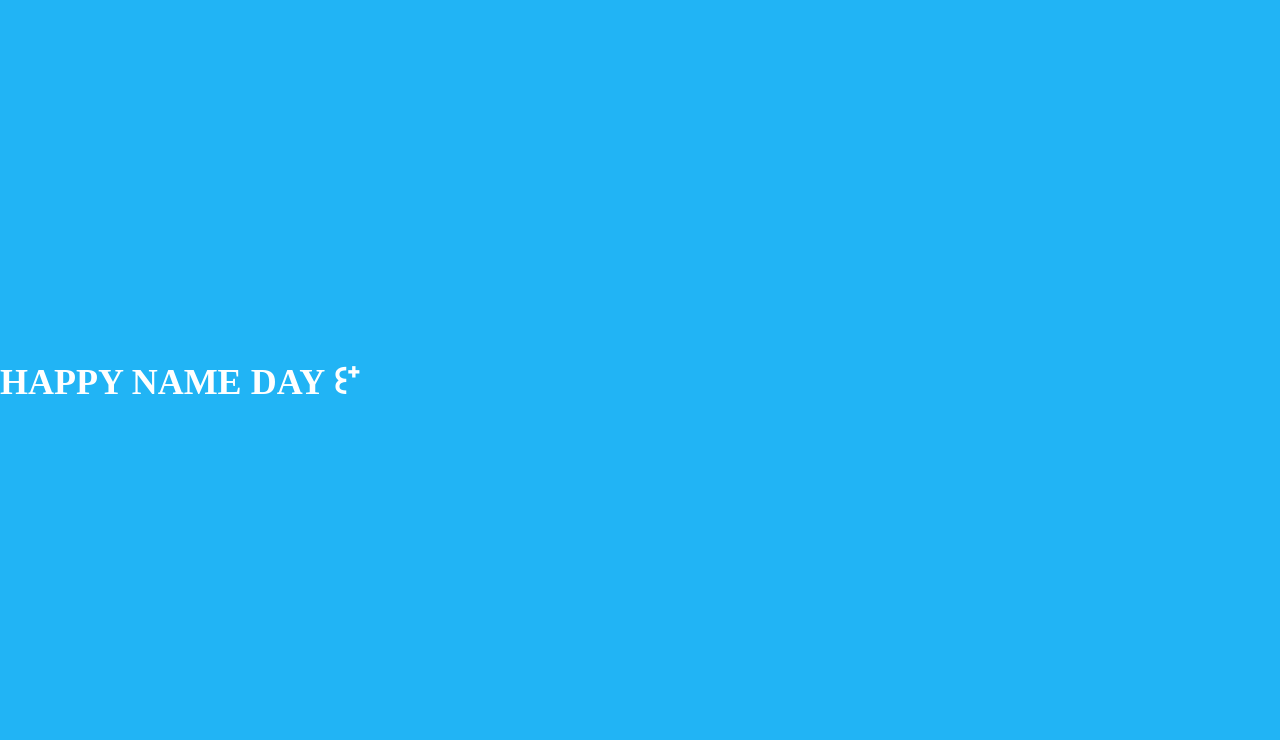
Repository: naps00/BIRTHDAY
Page: /details
These files come from the project's save history. The page is drawn as it stood at one moment and after the next save; the edit follows.
The browser window is 1280 px wide. The pictures show the whole page.
The project was rebuilt for these pictures with package versions that can differ from the ones it lists, and the page was loaded fresh each time.

Above is the page before, as saved 2024-12-12 04:01:34.

After the next save:
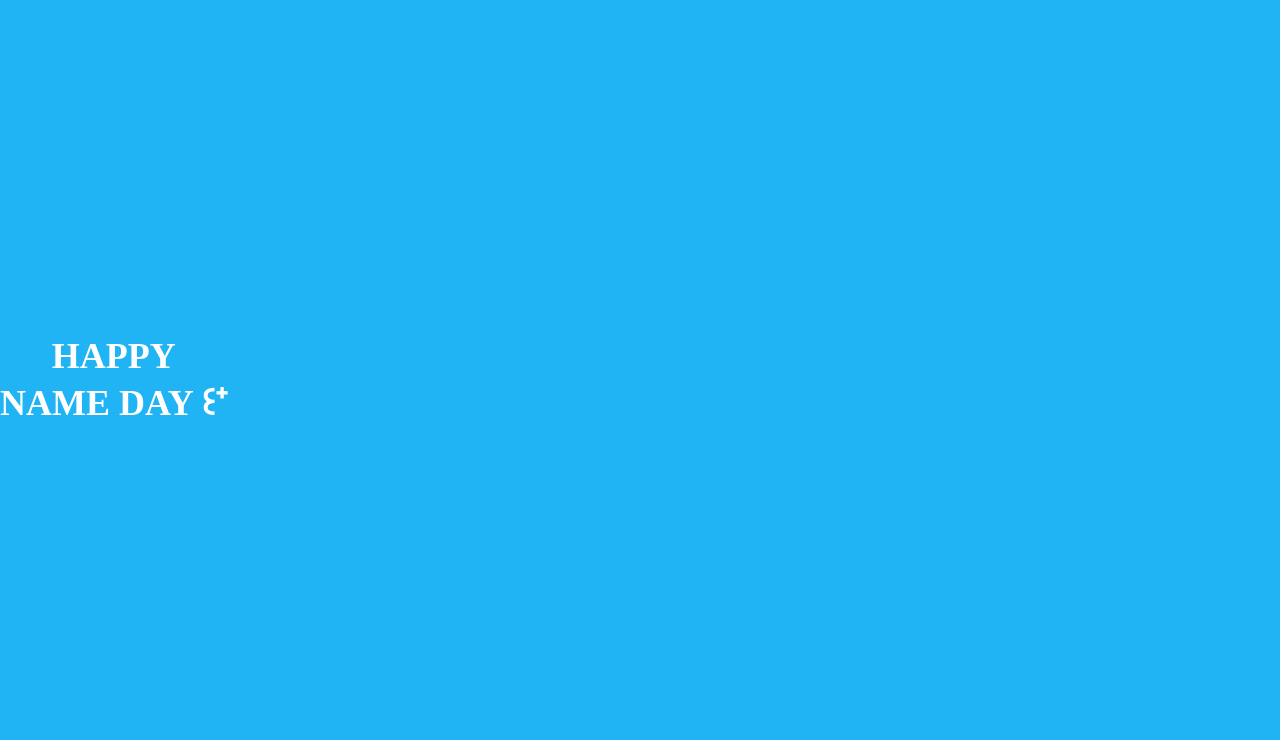
Saved 34 s later.
--- a/src/details.js
+++ b/src/details.js
@@ -1,7 +1,7 @@
 import React, { useState, useEffect } from 'react';
 import './details.css';
 
-function Details() {
+function DetailsPage() {
   const [isBlue, setIsBlue] = useState(true);
 
   // ฟังก์ชันเพื่อสลับสีพื้นหลังทุก 2 วินาที
@@ -16,10 +16,13 @@ function Details() {
   return (
     <div className={`details-page ${isBlue ? 'blue' : 'pink'}`}>
       <div className="content">
-        <h1>HAPPY NAME DAY ꒰⁺</h1>
+        <h1>
+          HAPPY <br />
+          NAME DAY ꒰⁺
+        </h1>
       </div>
     </div>
   );
 }
 
-export default Details;
+export default DetailsPage;
